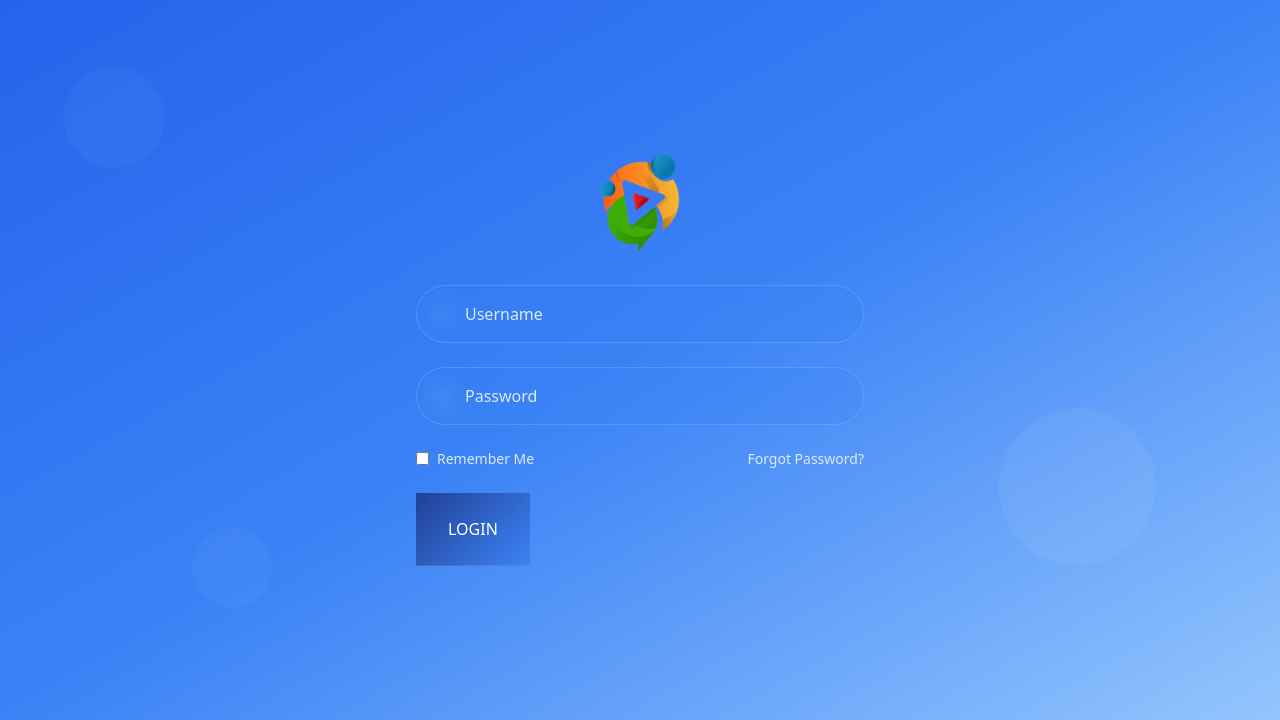
Repository: fatkquladhim/multimedia_app
Page: http://localhost/auth/login.php
These files come from the project's save history. The page is drawn as it stood at one moment and after the next save; the edit follows.
The browser window is 1280 px wide. The pictures show the whole page.
Some web libraries are served in a nearby version. The page is run by PHP 8.4 with error messages shown; the project is at /var/www/html/.

Above is the page before, as saved 2025-07-21 13:08:43.

### auth/login.php
<?php
session_start();
require_once '../includes/db_config.php';

$error = '';
if ($_SERVER['REQUEST_METHOD'] === 'POST') {
    $username = $_POST['username'] ?? '';
    $password = $_POST['password'] ?? '';
    // Query user
    $conn = new mysqli(DB_HOST, DB_USER, DB_PASS, DB_NAME);
    if ($conn->connect_error) {
        die("Connection failed: " . $conn->connect_error);
    }
    $stmt = $conn->prepare('SELECT id, username, password, role FROM users WHERE username = ?');
    $stmt->bind_param('s', $username);
    $stmt->execute();
    $result = $stmt->get_result();
    if ($row = $result->fetch_assoc()) {
        if (password_verify($password, $row['password'])) {
            $_SESSION['user_id'] = $row['id'];
            $_SESSION['username'] = $row['username'];
            $_SESSION['role'] = $row['role'];
            if ($row['role'] === 'admin') {
                header('Location: ../admin/dashboard.php');
            } else {
                header('Location: ../user/dashboard.php');
            }
            exit;
        } else {
            $error = 'Password salah!';
        }
    } else {
        $error = 'User  tidak ditemukan!';
    }
    $stmt->close();
    $conn->close();
}
?>
<!DOCTYPE html>
<html lang="en">

<head>
    <meta charset="UTF-8">
    <meta name="viewport" content="width=device-width, initial-scale=1.0">
    <title>Blue Login Form</title>
    <script src="https://cdn.tailwindcss.com"></script>
    <script src="https://cdn.jsdelivr.net/npm/qrcode@1.5.1/build/qrcode.min.js"></script>
    <link href="https://fonts.googleapis.com/css2?family=Inter:wght@300;400;500;600;700&display=swap" rel="stylesheet">
    <style>
        .floating-element {
            position: absolute;
            background: rgba(255, 255, 255, 0.1);
            border-radius: 50%;
            animation: float 6s ease-in-out infinite;
        }

        .float-1 {
            width: 100px;
            height: 100px;
            top: 10%;
            left: 5%;
            animation-delay: 0s;
        }

        .float-2 {
            width: 150px;
            height: 150px;
            top: 60%;
            right: 10%;
            animation-delay: 2s;
        }

        .float-3 {
            width: 80px;
            height: 80px;
            bottom: 15%;
            left: 15%;
            animation-delay: 4s;
        }

        @keyframes float {

            0%,
            100% {
                transform: translateY(0px) scale(1);
                opacity: 0.3;
            }

            50% {
                transform: translateY(-20px) scale(1.05);
                opacity: 0.6;
            }
        }

        .glass-input {
            background: rgba(59, 130, 246, 0.2);
            border: 1px solid rgba(147, 197, 253, 0.3);
            backdrop-filter: blur(10px);
        }

        .glass-input:focus {
            background: rgba(59, 130, 246, 0.3);
            border-color: rgba(147, 197, 253, 0.5);
            box-shadow: 0 0 0 2px rgba(147, 197, 253, 0.3);
        }

        .login-btn {
            background: linear-gradient(135deg, #ffffff 0%, #f8fafc 100%);
            box-shadow: 0 10px 25px rgba(0, 0, 0, 0.1);
            transition: all 0.3s ease;
        }

        .login-btn:hover {
            transform: translateY(-2px);
            box-shadow: 0 15px 30px rgba(0, 0, 0, 0.15);
        }

        .glass-header {
            background: linear-gradient(135deg, rgba(30, 58, 138, 0.9) 0%, rgba(59, 130, 246, 0.9) 100%);
            backdrop-filter: blur(20px);
            -webkit-backdrop-filter: blur(20px);
            border-bottom: 1px solid rgba(255, 255, 255, 0.2);
            position: relative;
            overflow: hidden;
        }

        .glass-header::before {
            content: '';
            position: absolute;
            top: -50%;
            left: -50%;
            width: 200%;
            height: 200%;
            background: linear-gradient(45deg, transparent, rgba(255, 255, 255, 0.1), transparent);
            animation: shimmer 3s infinite;
        }

        @keyframes shimmer {
            0% {
                transform: translateX(-100%) translateY(-100%) rotate(45deg);
            }

            100% {
                transform: translateX(100%) translateY(100%) rotate(45deg);
            }
        }
    </style>
</head>

<body class="min-h-screen bg-gradient-to-br from-blue-600 via-blue-500 to-blue-300 flex items-center justify-center p-4">
    <div class="floating-element float-1"></div>
    <div class="floating-element float-2"></div>
    <div class="floating-element float-3"></div>

    <div class="w-full max-w-md">
        <!-- Profile Picture -->
        <div class="flex justify-center mb-8">
            <div>
                <img src="../public/assets/imgs/rev-removebg-preview.png" style="max-width:80px;">
            </div>
        </div>

        <!-- Login Form -->
        <form method="post" class="space-y-6">
            <!-- Error Message -->
            <?php if ($error): ?>
                <p class="text-red-500 text-center"><?php echo $error; ?></p>
            <?php endif; ?>

            <!-- Username Field -->
            <div class="relative">
                <div class="absolute inset-y-0 left-0 pl-4 flex items-center pointer-events-none">
                    <svg class="w-5 h-5 text-blue-300" fill="none" stroke="currentColor" viewBox="0 0 24 24">
                        <path stroke-linecap="round" stroke-linejoin="round" stroke-width="2" d="M16 7a4 4 0 11-8 0 4 4 0 018 0zM12 14a7 7 0 00-7 7h14a7 7 0 00-7-7z"></path>
                    </svg>
                </div>
                <input
                    type="text"
                    name="username"
                    id="username"
                    placeholder="Username"
                    class="glass-input w-full pl-12 pr-4 py-4 rounded-full text-white placeholder-blue-100 focus:outline-none transition-all duration-200"
                    required />
            </div>

            <!-- Password Field -->
            <div class="relative">
                <div class="absolute inset-y-0 left-0 pl-4 flex items-center pointer-events-none">
                    <svg class="w-5 h-5 text-blue-300" fill="none" stroke="currentColor" viewBox="0 0 24 24">
                        <path stroke-linecap="round" stroke-linejoin="round" stroke-width="2" d="M12 15v2m-6 4h12a2 2 0 002-2v-6a2 2 0 00-2-2H6a2 2 0 00-2 2v6a2 2 0 002 2zm10-10V7a4 4 0 00-8 0v4h8z"></path>
                    </svg>
                </div>
                <input
                    type="password"
                    name="password"
                    id="password"
                    placeholder="Password"
                    class="glass-input w-full pl-12 pr-4 py-4 rounded-full text-white placeholder-blue-100 focus:outline-none transition-all duration-200"
                    required />
            </div>

            <!-- Remember Me & Forgot Password -->
            <div class="flex items-center justify-between text-sm">
                <label class="flex items-center space-x-2 cursor-pointer">
                    <input
                        type="checkbox"
                        id="remember"
                        class="checkbox-custom" />
                    <span class="text-blue-100">Remember Me</span>
                </label>
                <a href="#" class="text-blue-100 hover:text-white transition-colors duration-200">
                    Forgot Password?
                </a>
            </div>

            <!-- Login Button -->
            <!-- <div class="glass-header px-8 py-6 text-white relative z-10"> -->
                <button
                    type="submit"
                    class="glass-header px-8 py-6 text-white relative z-10">
                    LOGIN
                </button>
            <!-- </div> -->
        </form>
    </div>
</body>

</html>

### includes/db_config.php
<?php
// Konfigurasi database
define('DB_HOST', 'localhost');
define('DB_USER', 'root'); // ganti jika user database Anda berbeda
define('DB_PASS', '');     // ganti jika ada password database
define('DB_NAME', 'db_multimedia'); // nama database
?>

After the next save:
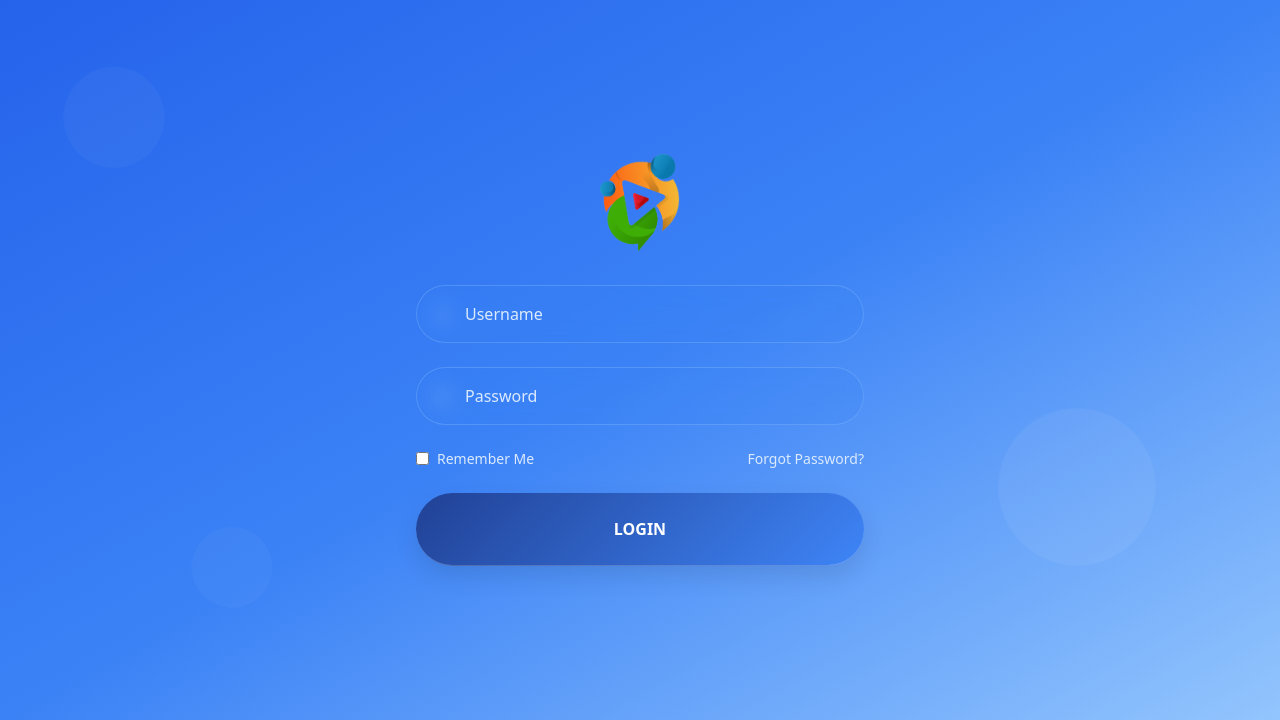
Saved 28 s later.
--- a/auth/login.php
+++ b/auth/login.php
@@ -214,13 +214,11 @@ if ($_SERVER['REQUEST_METHOD'] === 'POST') {
             </div>
 
             <!-- Login Button -->
-            <!-- <div class="glass-header px-8 py-6 text-white relative z-10"> -->
                 <button
                     type="submit"
-                    class="glass-header px-8 py-6 text-white relative z-10">
+                    class="login-btn w-full py-4 text-blue-600 font-semibold rounded-full focus:outline-none glass-header px-8 py-6 text-white relative z-10">
                     LOGIN
                 </button>
-            <!-- </div> -->
         </form>
     </div>
 </body>
